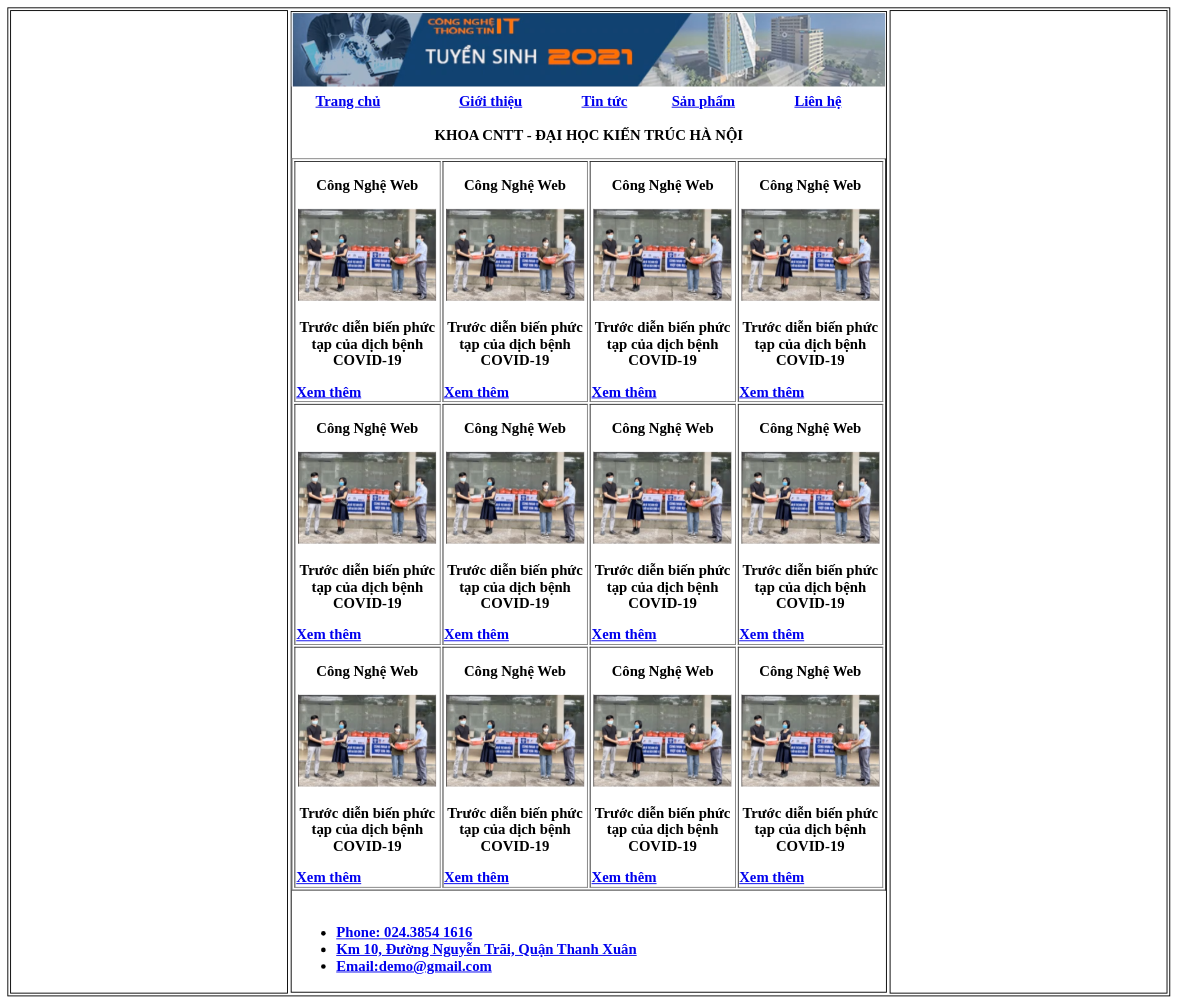
Repository: longtn213/Frond_end_HTML-CSS
Page: Front-End/Demohtml/baitapbuoi2.html
An editor plug-in stored every save of this project. The page is shown before and after the next save, followed by the edit.
The browser window is 1280 px wide. The pictures show the whole page, at 92% of full size.

Above is the page before, as saved 2021-09-09 15:09:38.

After the next save:
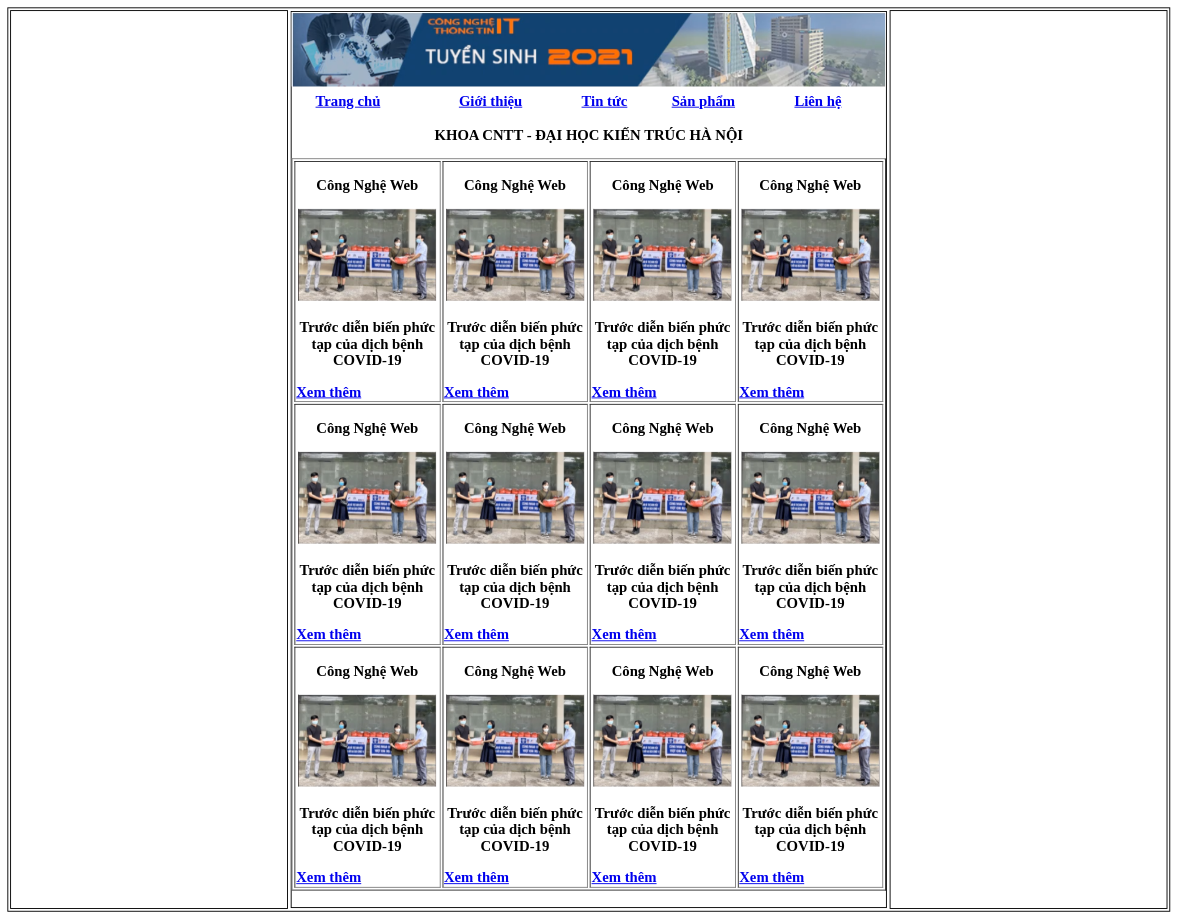
Saved 13 s later.
--- a/Front-End/Demohtml/baitapbuoi2.html
+++ b/Front-End/Demohtml/baitapbuoi2.html
@@ -184,25 +184,7 @@
 			</tr>
 		</table>
 		<br>
-		<table width="100%">
-			<tr>
-				<td colspan="3">
-				</td>
-				<td colspan="2">
-					<ul>
-						<li>
-							<a href="#">Phone: 024.3854 1616</a>
-						</li>
-						<li>
-							<a href="#">Km 10, Đường Nguyễn Trãi, Quận Thanh Xuân</a>
-						</li>
-						<li>
-							<a href="#">Email:demo@gmail.com</a>
-						</li>
-					</ul>
-				</td>
-			</tr>
-		</table>
+
 	</center>
 	</center>
 	</th>
